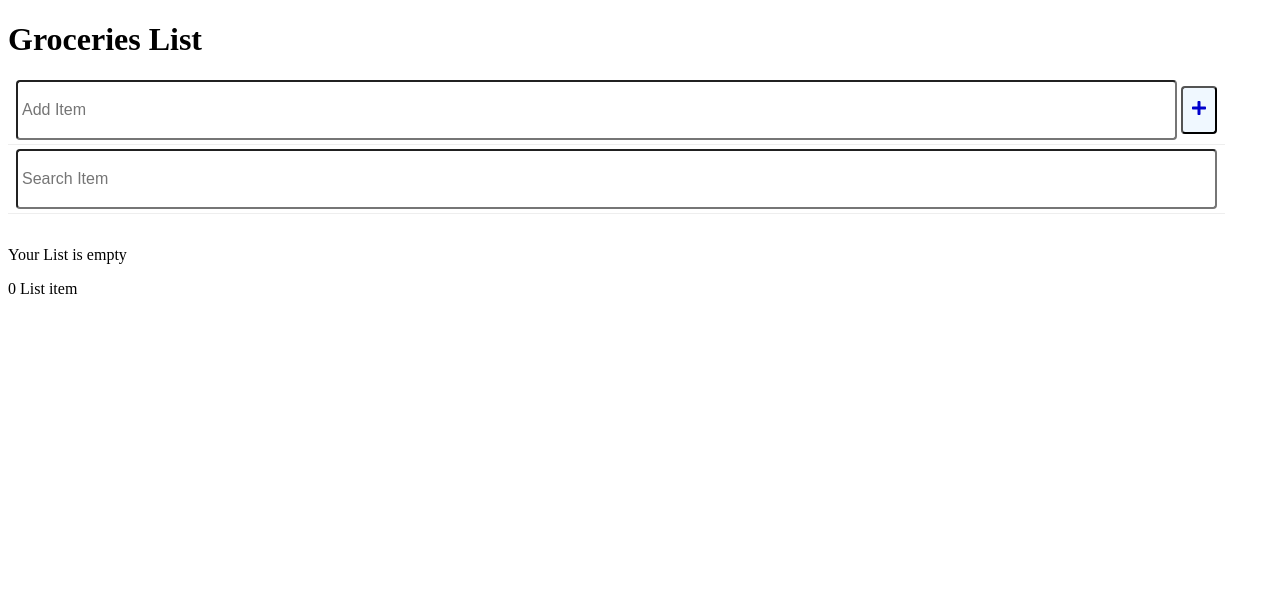
Repository: akinmiday/react-series
Page: /
These files come from the project's save history. The page is drawn as it stood at one moment and after the next save; the edit follows.
The browser window is 1280 px wide. The pictures show the whole page.
The page's requests for data from a server got no answer. The project was rebuilt for these pictures with package versions that can differ from the ones it lists, and the page was loaded fresh each time. No one was signed in, and anything a server would have sent is missing. Requests to the local data server were answered from the project's data file. Also part of the build but not shown: vite.config.js, src/index.css.

Above is the page before, as saved 2023-08-22 15:00:02.

### src/App.jsx
import { useState, useEffect } from 'react'
import './App.css'
import Content from './Content'
import Footer from './Footer'
import Header from './Header'
import AddItem from './AddItem'
import SearchItem from './SearchItem'

const App = () => {

  const API_URL = 'http://localhost:3500/itemss'

  const [items, setItems] = useState([])
  const [newItem, setNewItem] = useState('')
  const [search, setSearch] = useState('')
  const [fetchError, setFetchError] = useState(null)


  useEffect(() => {

    const fetchItems = async () => {
      try {
        const response = await fetch(API_URL)
        if (!response.ok) throw Error('Did not receive expected data')
        const listItems = await response.json()
        console.log(listItems)
        setItems(listItems)
        setFetchError(null)
      } catch (err) {
        setFetchError(err.message)
      }
    }

    (async () => await fetchItems())()
  }, [])



  const addItem = (item) => {
    const id = items.length ? items[items.length - 1].id + 1 : 1;
    const myNewItem = { id, checked: false, item }
    const listItems = [...items, myNewItem]
    setItems(listItems)
  }


  const handleCheck = (id) => {
    const listItems = items.map((item) => item.id === id ? { ...item, checked: !item.checked } : item)
    setItems(listItems)
  }


  const handleDelete = (id) => {
    const listItems = items.filter((item) => item.id !== id)
    setItems(listItems)
  }


  const handleSubmit = (e) => {
    e.preventDefault()
    if (!newItem) return
    addItem(newItem)
    setNewItem('')
  }

  return (
    <>
      <Header title="Groceries List" />

      <AddItem
        newItem={newItem}
        setNewItem={setNewItem}
        handleSubmit={handleSubmit}
      />

      <SearchItem
        search={search}
        setSearch={setSearch}
      />

      <Content
        items={items.filter(item => ((item.item).toLowerCase()).includes(search.toLowerCase()))}
        handleCheck={handleCheck}
        handleDelete={handleDelete}
      />
      <Footer length={items.length} />
    </>
  )
}

export default App

### src/App.css
ul {
    width: 95%;
    list-style: none;
    padding: 0 0.25rem 0.25rem;
}

ul li::before{
    content: "\200B";
}

.item{
    display: flex;
    justify-content: flex-start;
    align-items: center;
    padding: 0.5rem 0 0.5rem 0.5rem;
    margin: 0.25rem 0;
    background-color: #eee;
}

.item input[type="checkbox"] {
    text-align: center;
    width: 2.5rem;
    width: 48px;
    min-width: 48px;
    height: 2.5rem;
    height: 48px;
    min-height: 48px;
    cursor: pointer;
    margin-right: 0.5rem;
}

.item input[type="checkbox"]:focus + label{
text-decoration: underline;
}

.item > label{
    font-size: 0.7rem;
    flex-grow: 1;
}

.item svg{
    width: 48px;
    min-width: 48px;
    height: 36px;
    font-size: 2px;
    color: steelblue;
    cursor: pointer;
}

.item svg:focus,
.item svg:hover{
    color: red;
    outline: none;
}

.addForm{
    width: 95%;
    display: flex;
    justify-content: flex-start;
    align-items: center;
    margin: 0.5rem 0 0;
    padding: 0 0.5rem 0.25rem;
    border-bottom: 1px solid #eee;
}

.addForm label{
    position: absolute;
    left: -99999px;
}

.addForm input[type='text']{
    flex-grow: 1;
    max-width: calc(100% - 50px);
    min-height: 48px;
    font-size: 1rem;
    padding: 0.25rem ;
    border-radius: 0.25rem;
    margin-right: 0.25rem;
    outline: none;
}

button{
    height: 48px;
    min-height: 48px;
    border-radius: 0.25rem;
    padding: 0.5rem;
    font-size: 1rem;
    background-color: aliceblue;
    color: mediumblue;
    cursor: pointer;
}

button:focus,
button:hover{
    color:white;
    background-color: limegreen;
    outline: none;
}

.searchForm {
    width: 95%;
    display: flex;
    justify-content: flex-start;
    margin: 0.25rem 0 0;
    padding: 0 0.5rem 0.25rem;
    border-bottom: 1px solid #eee;
}

.searchForm label {
    position: absolute;
    left: -9999px
}

.searchForm input[type='text']{
    flex-grow: 1;
    max-width: 100%;
    min-height: 48px;
    font-size: 1rem;
    padding: 0.25rem;
    border-radius: 0.25rem;
    outline: none;
}

### src/Content.jsx
/* eslint-disable react/prop-types */

import ItemList from "./ItemList"


const Content = ({ items, handleCheck, handleDelete }) => {

    return (
        <>
            {items.length ? (
                <ItemList
                    items={items}
                    handleCheck={handleCheck}
                    handleDelete={handleDelete}
                />
            ) : (
                <p style={{ marginTop: '2rem' }} >Your List is empty</p >
            )}
        </>
    )
}

export default Content

### src/Footer.jsx
// eslint-disable-next-line react/prop-types
const Footer = ({ length }) => {

  return (
    <div>
      <p>{length} List {length <= 1 ? "item" : "items"}  </p>
    </div>
  )
}

export default Footer

### src/Header.jsx
// eslint-disable-next-line react/prop-types
const Header = ({ title }) => {
    return (
        <header>
            <h1>{title}</h1>
        </header>
    )
}

export default Header

### src/AddItem.jsx
import { FaPlus } from "react-icons/fa"
import { useRef } from "react"

// eslint-disable-next-line react/prop-types
function AddItem({ newItem, setNewItem, handleSubmit }) {

    const inputRef = useRef()

    return (
        <form className="addForm" onSubmit={handleSubmit} >
            <label htmlFor="addItem">Add Item</label>
            <input
                autoFocus
                ref={inputRef}
                id="addItem"
                type="text"
                placeholder="Add Item"
                required
                value={newItem}
                onChange={(e) => setNewItem(e.target.value)}
            />
            <button
                type="submit"
                aria-label="Add Item"
                onClick={() => inputRef.current.focus()}
            >
                <FaPlus />
            </button>

        </form>
    )
}

export default AddItem

### src/SearchItem.jsx
// eslint-disable-next-line react/prop-types
const SearchItem = ({ search, setSearch }) => {
    return (
        <form className="searchForm" onSubmit={(e) => e.preventDefault()} >
            <label htmlFor="search" >Search</label>
            <input
                id='search'
                type='text'
                role='searchbox'
                placeholder="Search Item"
                value={search}
                onChange={(e) => setSearch(e.target.value)}
            />
        </form>
    )
}

export default SearchItem

### src/ItemList.jsx
/* eslint-disable react/prop-types */
import LineItem from "./LineItem"

const ItemList = ({ items, handleCheck, handleDelete }) => {
    return (
        <ul>
            {items.map((item) => (
                <LineItem
                    key={item.id}
                    item={item}
                    handleCheck={handleCheck}
                    handleDelete={handleDelete}
                />
            ))}
        </ul>
    )
}

export default ItemList

### src/LineItem.jsx
/* eslint-disable react/prop-types */
import { FaTrashAlt } from "react-icons/fa"

const LineItem = ({ item, handleCheck, handleDelete }) => {
    return (
        <li className='item'>
            <input
                type='checkbox'
                checked={item.checked}
                onChange={() => handleCheck(item.id)}
            />
            <label
                style={(item.checked) ? { textDecoration: 'line-through' } : null}
                onDoubleClick={() => handleCheck(item.id)}
            >{item.item}</label>
            <FaTrashAlt
                onClick={() => handleDelete(item.id)}
                role='button'
                tabIndex="0"
                aria-label={`Delete ${item.item}`}
            />
        </li>
    )
}

export default LineItem

### data/db.json
{
    "items": [
        {
            "id": 1,
            "checked":false,
            "item":"Almonds, Unsalted, in the blue bag"
        },
        {
            "id": 2,
            "checked":false,
            "item":"Pizza"
        },
        {
            "id": 3,
            "checked":false,
            "item":"Bread"
        },
        {
            "id": 4,
            "checked":false,
            "item":"Biscuit"
        }
    ]
}

Loaded but not shown: index.html (common file); src/main.jsx (common file)

After the next save:
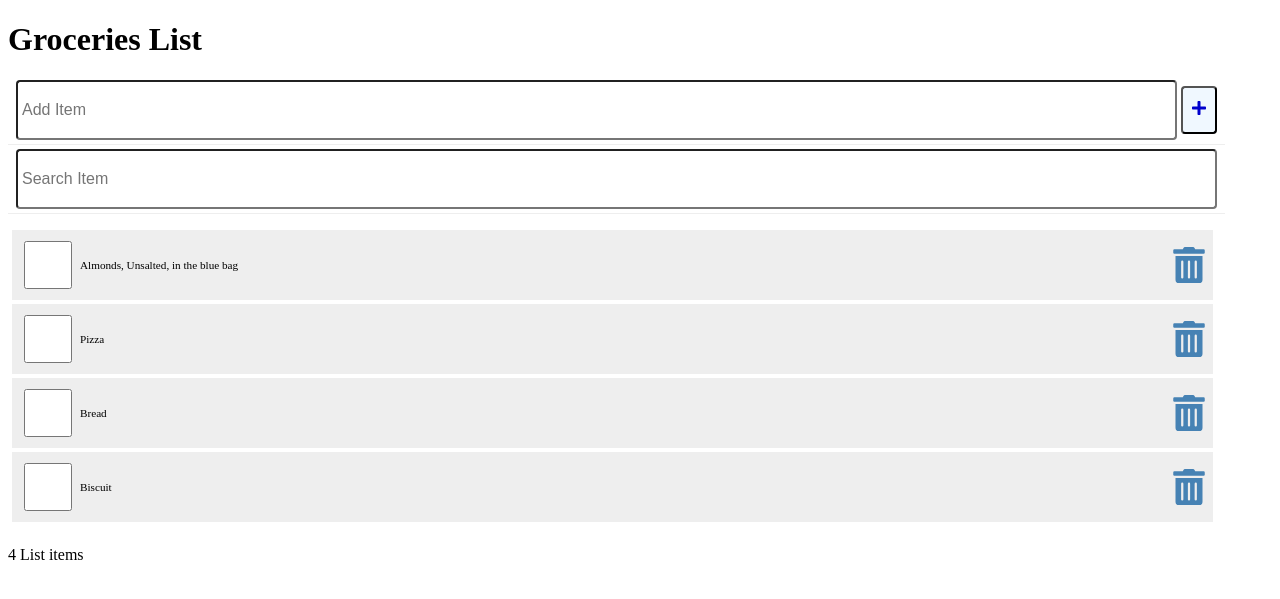
Saved 11 s later.
--- a/src/App.jsx
+++ b/src/App.jsx
@@ -8,7 +8,7 @@
 
 const App = () => {
 
-  const API_URL = 'http://localhost:3500/itemss'
+  const API_URL = 'http://localhost:3500/items'
 
   const [items, setItems] = useState([])
   const [newItem, setNewItem] = useState('')

After the 3 saves that followed:
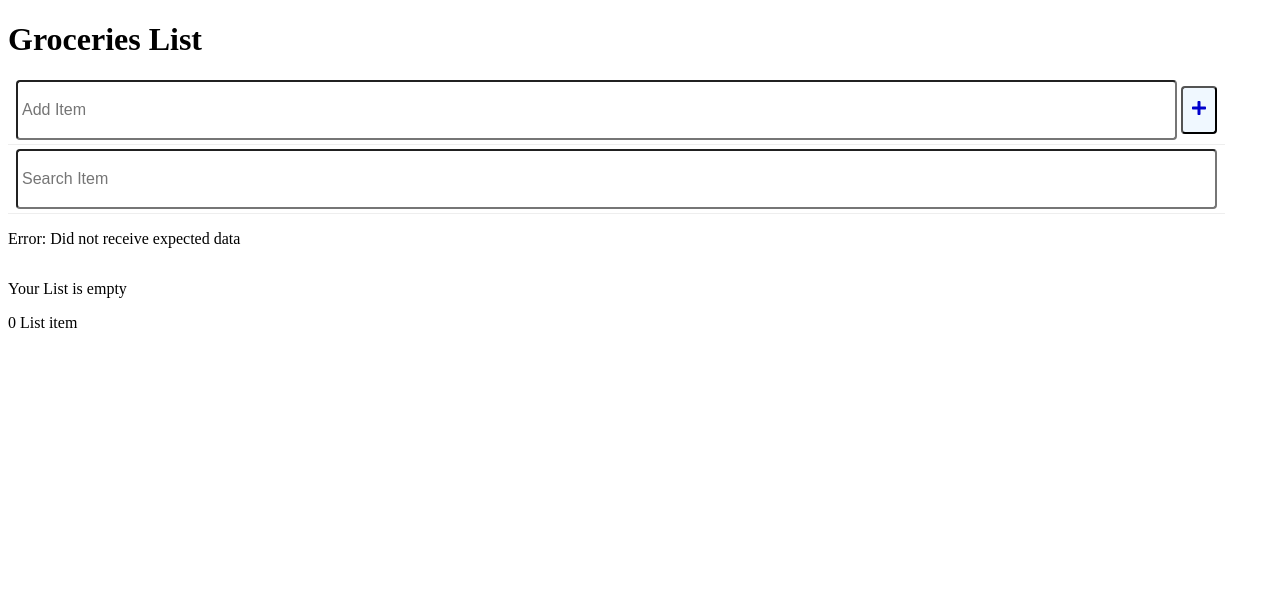
The 3 saves are shown as one change because 2 left the picture as it was.
The last was saved 3 min 12 s later.
--- a/src/App.jsx
+++ b/src/App.jsx
@@ -8,7 +8,7 @@
 
 const App = () => {
 
-  const API_URL = 'http://localhost:3500/items'
+  const API_URL = 'http://localhost:3500/itemss'
 
   const [items, setItems] = useState([])
   const [newItem, setNewItem] = useState('')
@@ -78,11 +78,14 @@
         setSearch={setSearch}
       />
 
-      <Content
-        items={items.filter(item => ((item.item).toLowerCase()).includes(search.toLowerCase()))}
-        handleCheck={handleCheck}
-        handleDelete={handleDelete}
-      />
+      <main>
+        {fetchError && <p>{`Error: ${fetchError}`}</p>}
+        <Content
+          items={items.filter(item => ((item.item).toLowerCase()).includes(search.toLowerCase()))}
+          handleCheck={handleCheck}
+          handleDelete={handleDelete}
+        />
+      </main>
       <Footer length={items.length} />
     </>
   )
